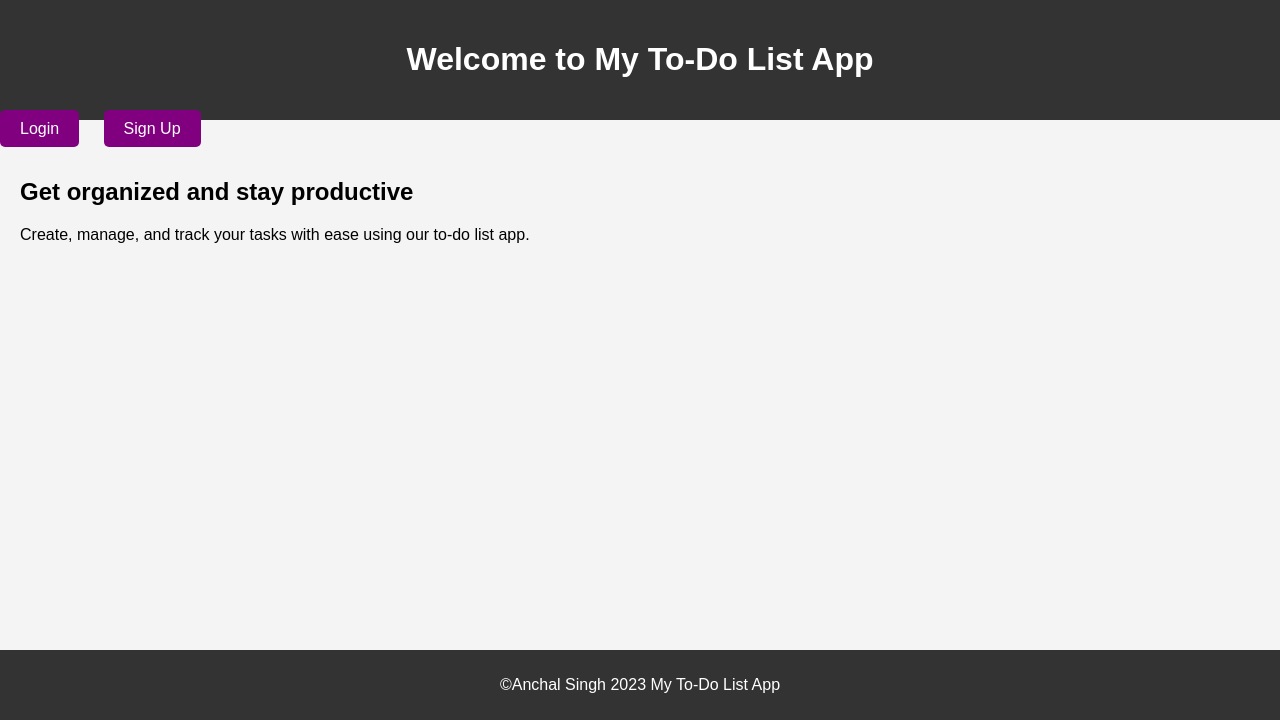
Repository: anchalsinghrajput/spring-MVC
Page: http://localhost/todoList/views/homePage.jsp
An editor plug-in stored every save of this project. The page is shown before and after the next save, followed by the edit.
The browser window is 1280 px wide. The pictures show the whole page.
The page is served by Tomcat 10.

Above is the page before, as saved 2023-11-16 07:09:14.

After the next save:
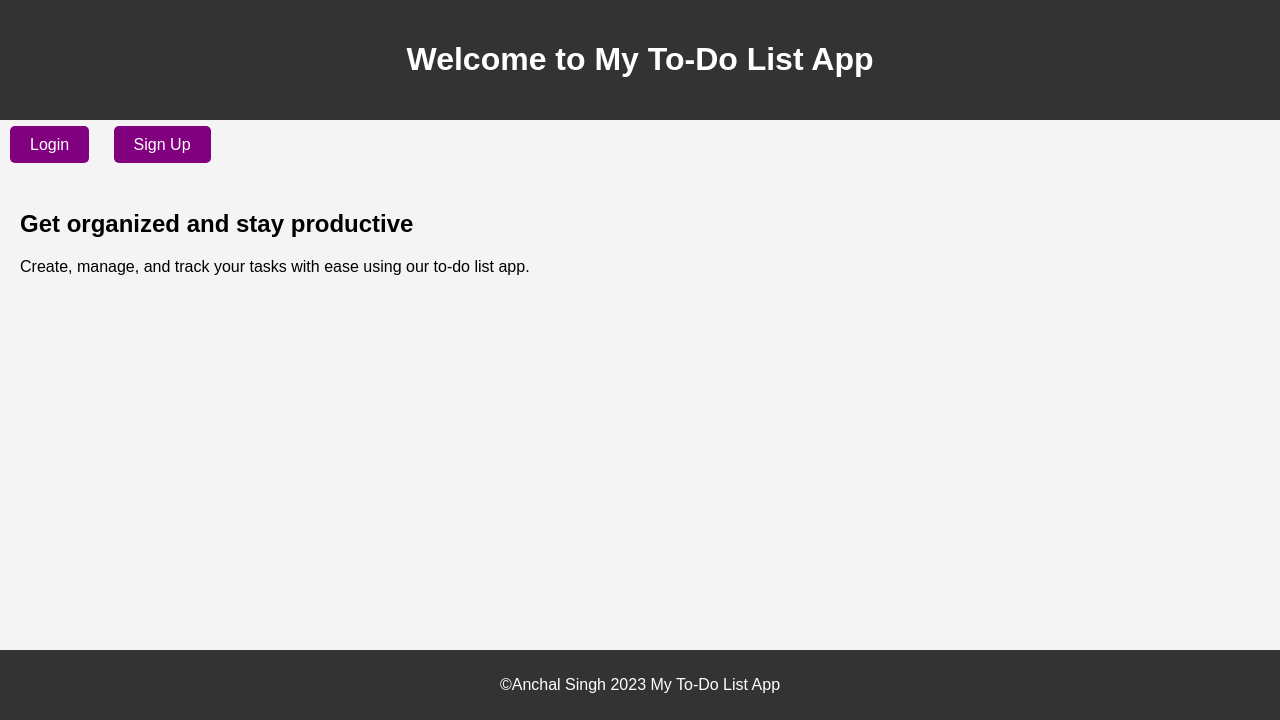
Saved 52 s later.
--- a/todoList/src/main/webapp/views/homePage.jsp
+++ b/todoList/src/main/webapp/views/homePage.jsp
@@ -17,9 +17,9 @@
         }
         nav ul {
             list-style: none;
-            margin: 0;
+            margin-left: 10px;
             padding: 0;
-            text-align: left; /* Align navigation to the left */
+            text-align: left;
         }
         nav ul li {
             display: inline;
